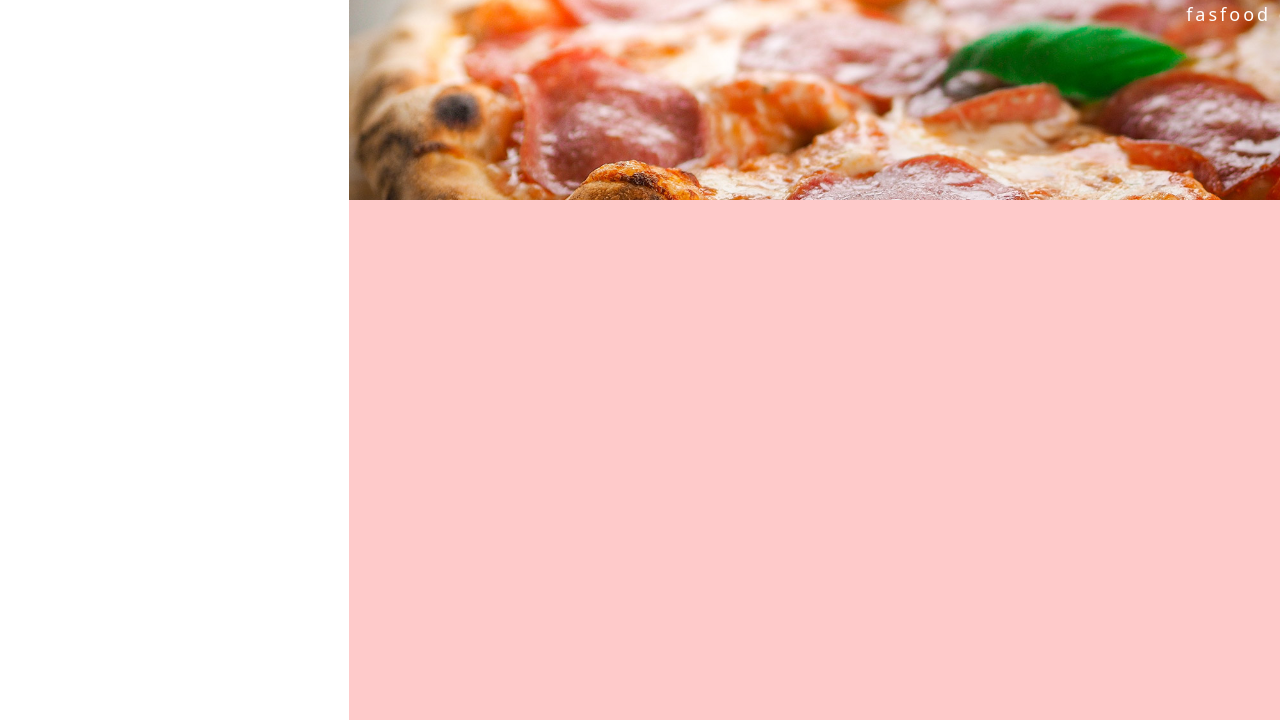
Repository: zahranaserii/FastFoodProject
Page: /
These files come from the project's save history. The page is drawn as it stood at one moment and after the next save; the edit follows.
The browser window is 1280 px wide. The pictures show the whole page.
The project was rebuilt for these pictures with package versions that can differ from the ones it lists, and the page was loaded fresh each time.

Above is the page before, as saved 2023-11-17 11:19:08.

After the next save:
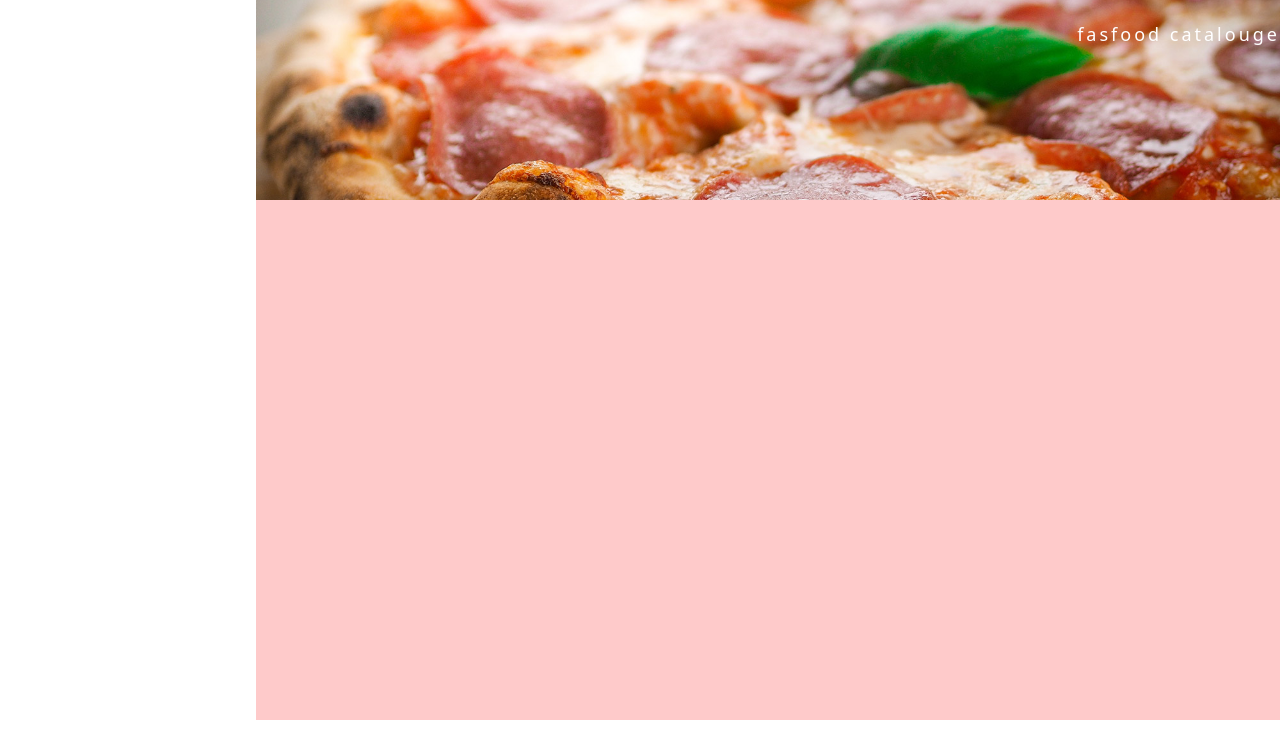
Saved 13 s later.
--- a/src/Header/Header.jsx
+++ b/src/Header/Header.jsx
@@ -2,11 +2,9 @@ import React from "react";
 import "./header.css";
 const Header = () => {
   return (
-    <header className="bg-cover bg-center">
+    <header className="bg-cover bg-center py-5">
       <div className="container">
-        <h1 className="text-white text-lg relative left-4">
-          fasfood catalouge
-        </h1>
+        <h1 className="text-white text-lg">fasfood catalouge</h1>
       </div>
     </header>
   );
